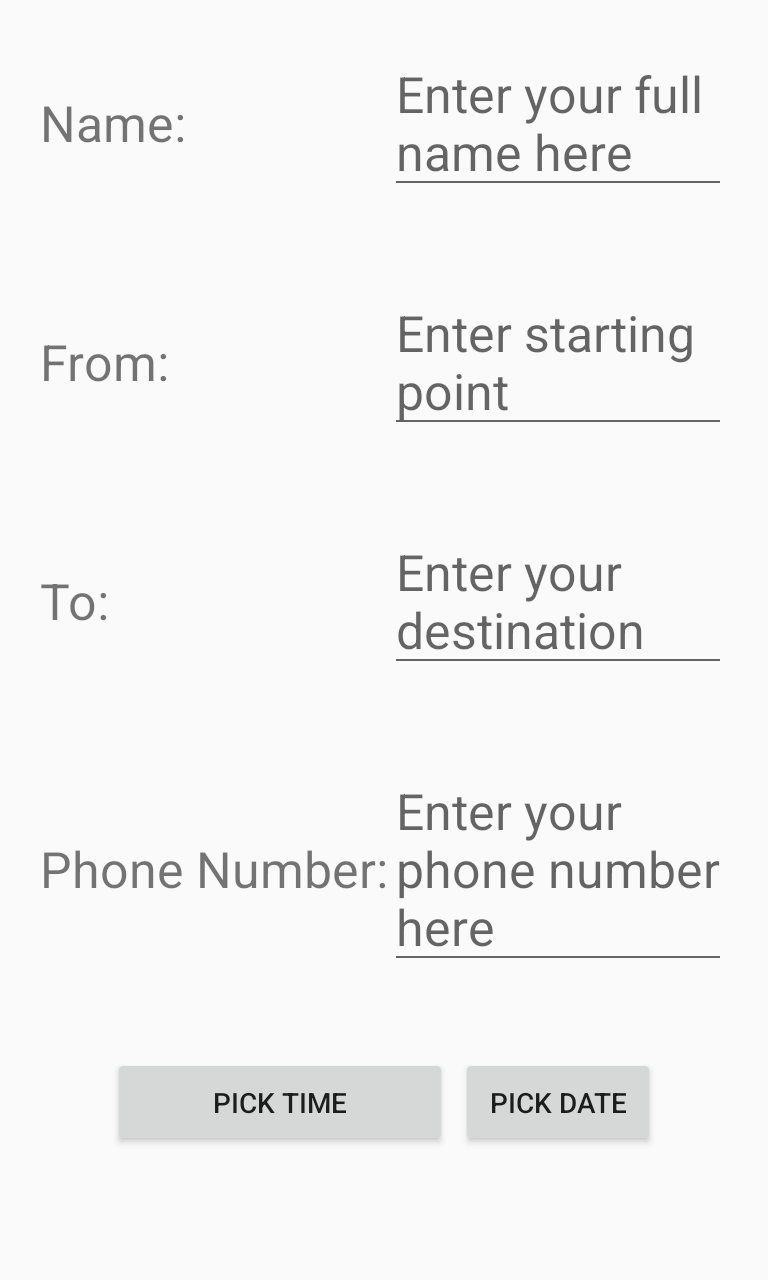
Repository: TewodrosT/LiLY
Layout: TransportationLily/res/layout/activity_main.xml
These files come from the project's save history. The layout is drawn as it stood at one moment and after the next save; the edit follows.
It is drawn on a 768 x 1280 px phone screen (xhdpi) without system bars, with theme AppTheme; the app's code is not run.

Above is the layout before, as saved 2014-08-06 12:48:26.

After the next save:
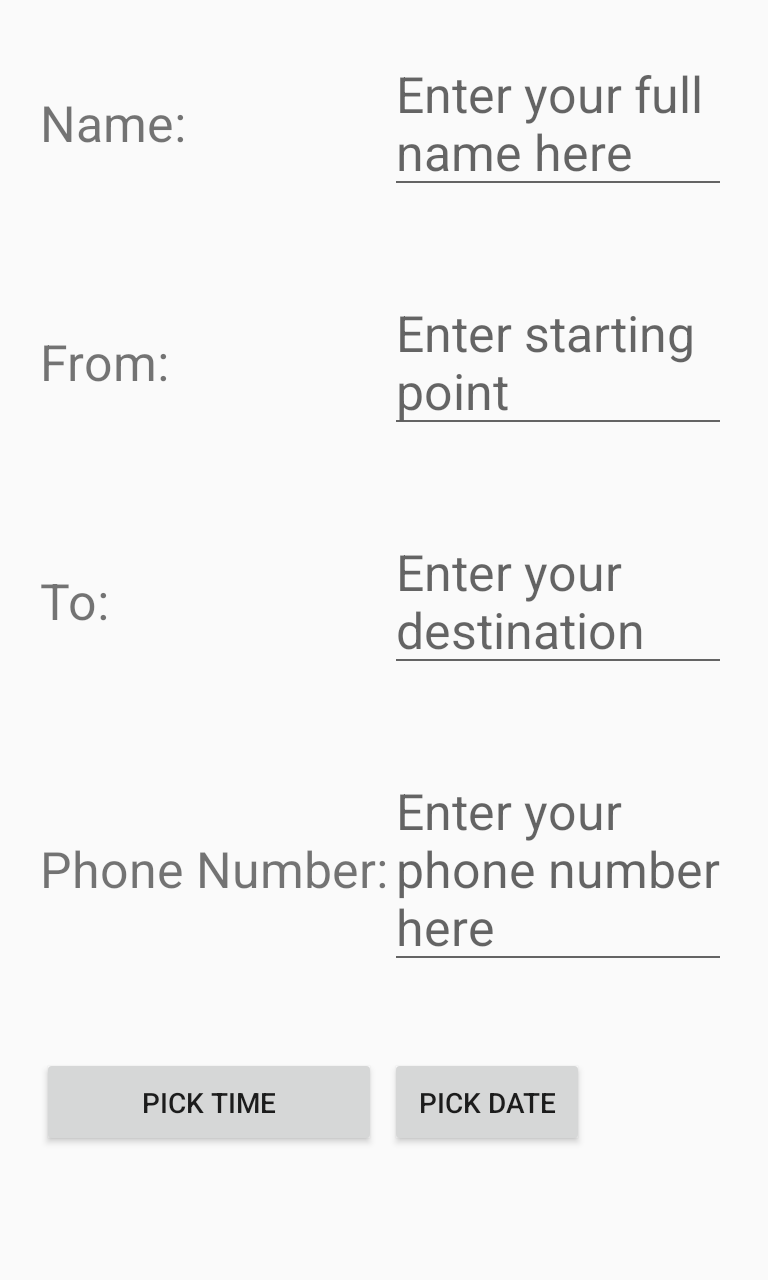
Saved 14 s later.
--- a/TransportationLily/res/layout/activity_main.xml
+++ b/TransportationLily/res/layout/activity_main.xml
@@ -91,7 +91,7 @@
             android:layout_width="match_parent"
             android:layout_height="match_parent"
             android:layout_margin="20sp"
-            android:gravity="center_horizontal" >
+            android:gravity="fill" >
 
             <Button
                 android:layout_width="match_parent"

After the 2 saves that followed:
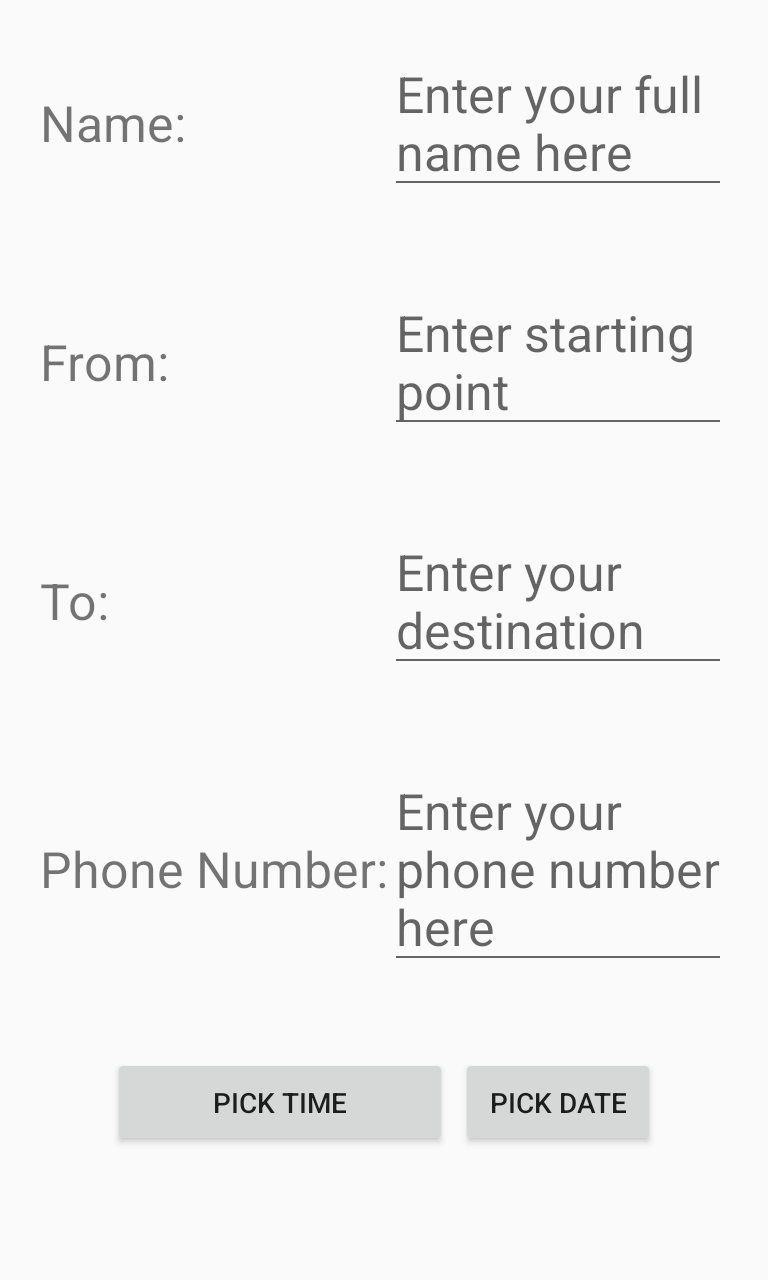
The 2 saves are shown as one change because 1 left the picture as it was.
The last was saved 5 min 8 s later.
--- a/TransportationLily/res/layout/activity_main.xml
+++ b/TransportationLily/res/layout/activity_main.xml
@@ -91,14 +91,15 @@
             android:layout_width="match_parent"
             android:layout_height="match_parent"
             android:layout_margin="20sp"
-            android:gravity="fill" >
+            android:gravity="center_horizontal" >
 
             <Button
                 android:layout_width="match_parent"
                 android:layout_height="match_parent"
                 android:onClick="showTimePickerDialog"
                 android:text="@string/pick_time"
-                android:layout_marginRight="5sp" />
+                android:layout_marginRight="5sp"
+                android:buttonsize = "15sp" />
 
             <Button
                 android:layout_width="15sp"
